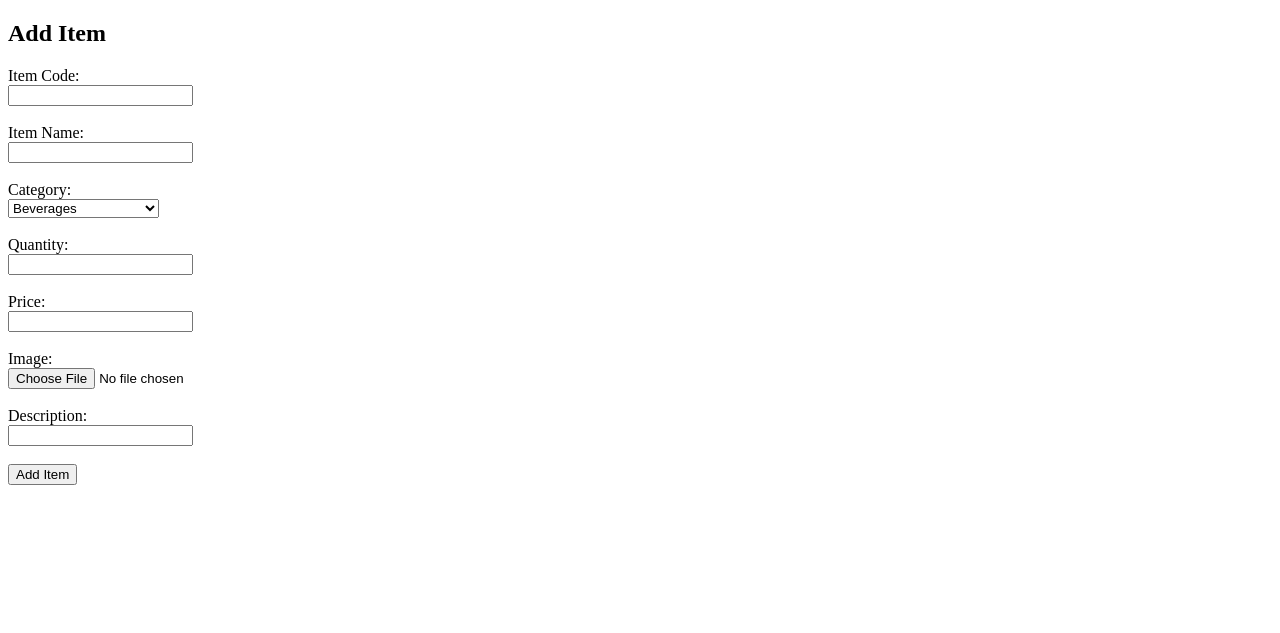
Repository: shanika2002/FreshCraze
Page: http://localhost/itemDem/updateItem.jsp
An editor plug-in stored every save of this project. The page is shown before and after the next save, followed by the edit.
The browser window is 1280 px wide. The pictures show the whole page.
The page is served by Tomcat 9.

Above is the page before, as saved 2024-05-10 03:19:15.

After the next save:
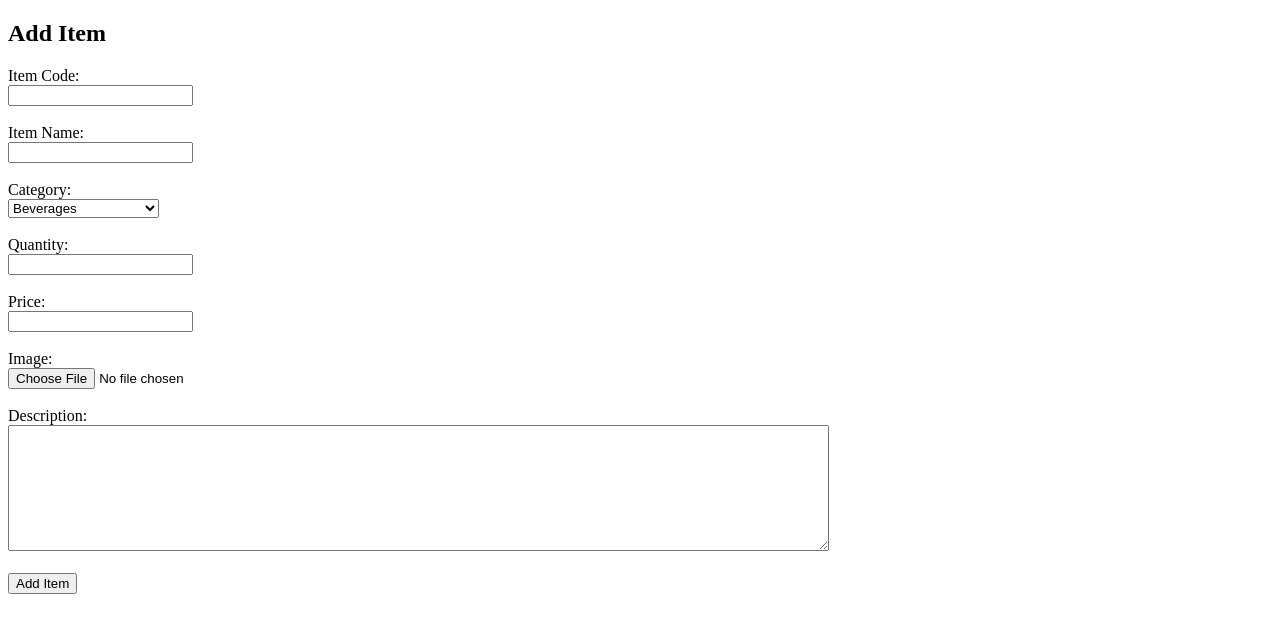
Saved 78 s later.
--- a/itemDem/src/main/webapp/updateItem.jsp
+++ b/itemDem/src/main/webapp/updateItem.jsp
@@ -36,7 +36,7 @@
         <input type="file" id="image" name="image" accept="image/*" required value="${param.image}"><br><br>
 
         <label for="description">Description:</label><br>
-        <input id="text" name="description" required value="${param.description}"><br><br>
+        <textarea id="text" name="description" rows="8" cols="100" required value="${param.description}"></textarea><br><br>
 
         <input type="submit" value="Add Item">
     </form>
